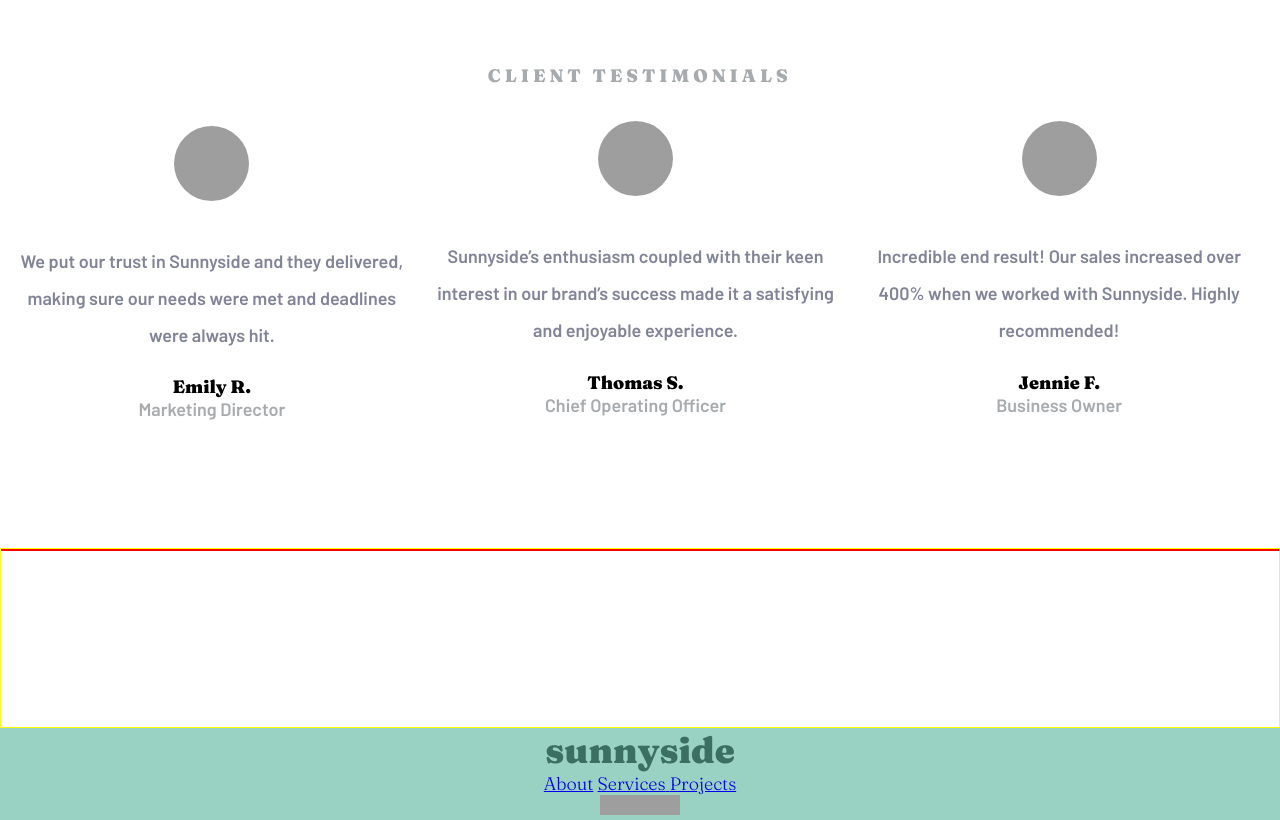
Repository: Roshanell/Sunny-Side-Agency
Page: index.html
An editor plug-in stored every save of this project. The page is shown before and after a run of saves, followed by the edit.
The browser window is 1280 px wide. The pictures show the part of the page from y = 2160 to 2980 px (the page is 2980 px tall).
Pictures or frames that could not be fetched are drawn as grey boxes. Some web libraries are served in a nearby version.

Above is the page before, as saved 2022-07-07 17:03:15.

After the next 3 saves:
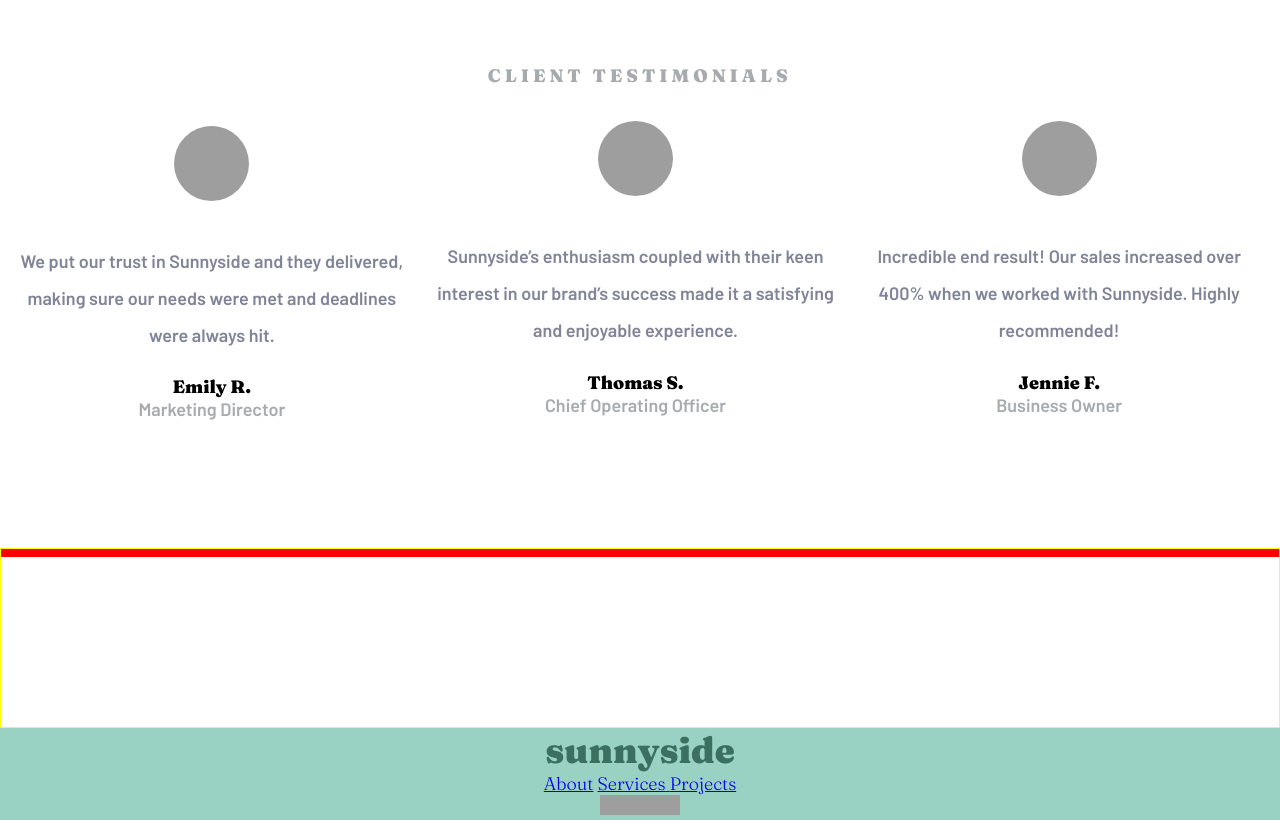
The 3 saves are shown as one change because they came seconds apart.
The last was saved 11 s later.
--- a/css/style.css
+++ b/css/style.css
@@ -371,12 +371,15 @@ span a {
   }
 
   .imgTwo {
+    border: solid 1px red;
   }
 
   .imgThree {
+    border: solid 1px red;
   }
 
   .imgFour {
+    border: solid 1px red;
   }
   .footer {
     float: left;
